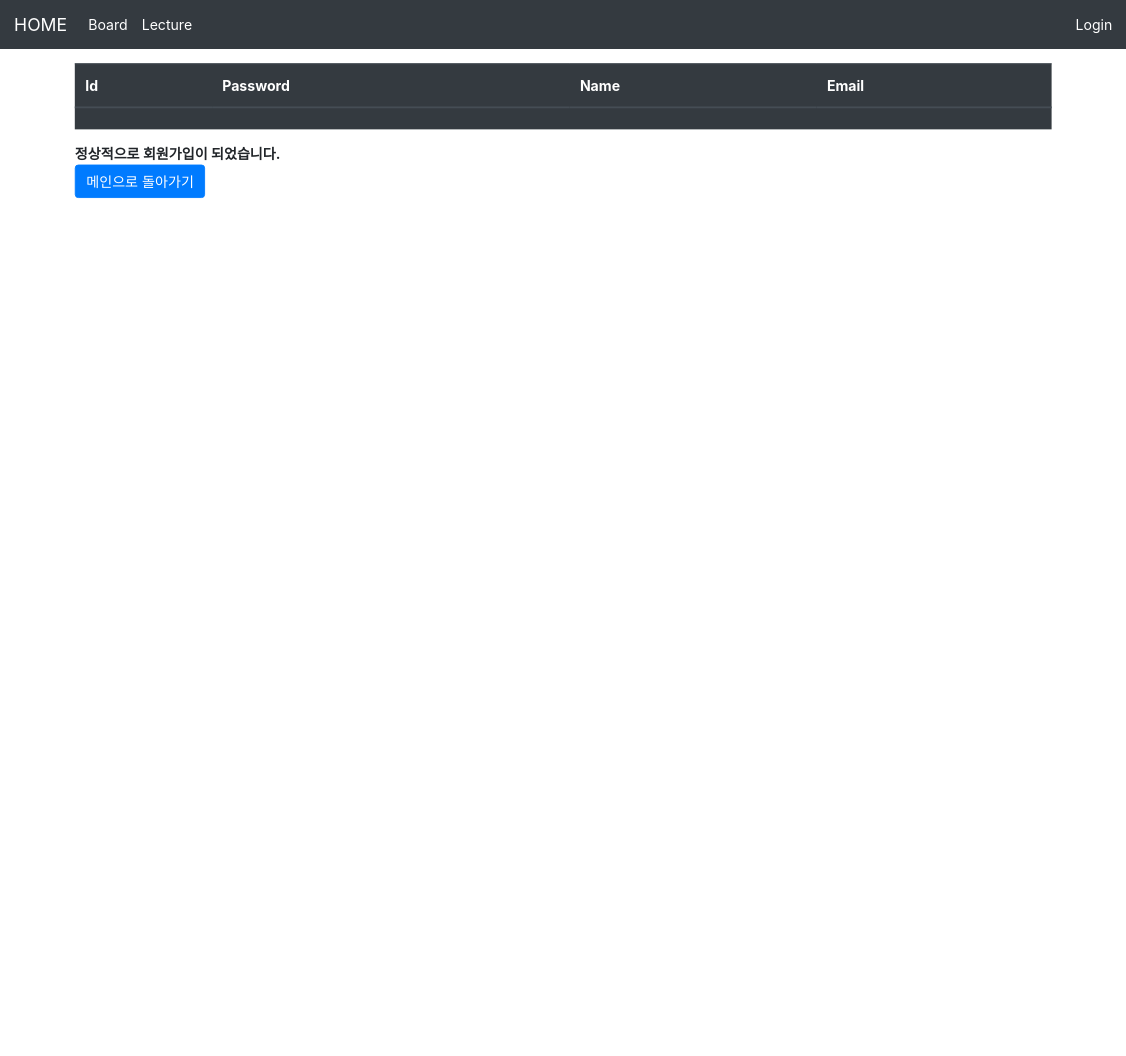
Repository: jeongeun-cloud/spring-study
Page: http://localhost/Session/registerAction.jsp
The author's editor kept a copy of each file at every save. The page is drawn from the files as they stood at one save, then again after the next save.
The browser window is 1280 px wide. The pictures show the whole page, at 88% of full size.
The page is served by Tomcat 9. Queries for data that is not in the repository find no rows.

Above is the page before, as saved 2020-06-04 11:38:49.

After the next save:
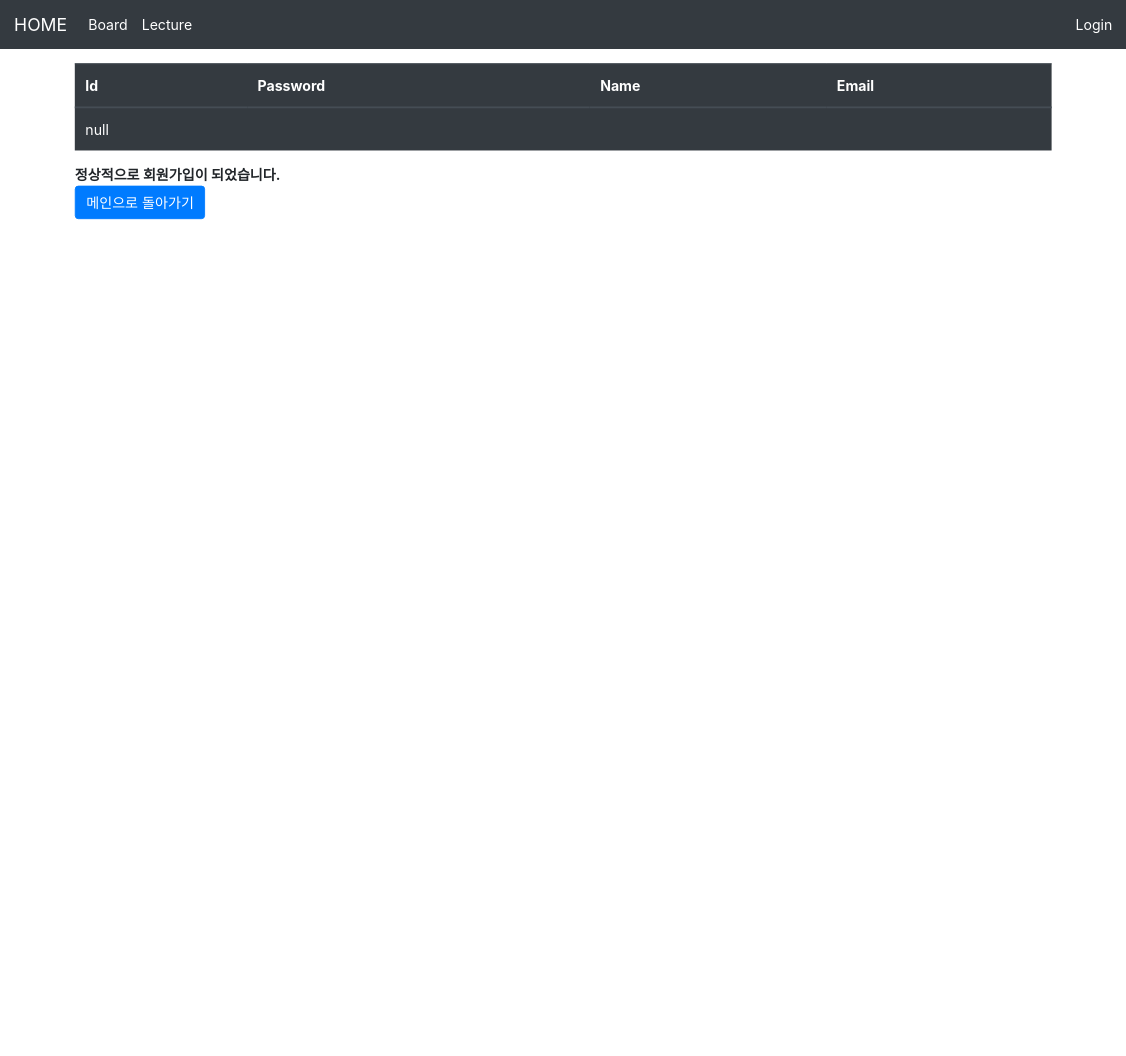
Saved 21 s later.
--- a/jsp_work/Session/WebContent/userInfo.jsp
+++ b/jsp_work/Session/WebContent/userInfo.jsp
@@ -32,7 +32,7 @@
 		  <tbody>
 		    <tr>
 		      <!-- <th scope="row">1</th> -->
-		      <td>${param.id}</td>
+		      <td><%=user.getId() %></td>
 		      <td>${param.pwd}</td>
 		      <td>${param.name}</td>
 		      <td>${param.email}</td>
